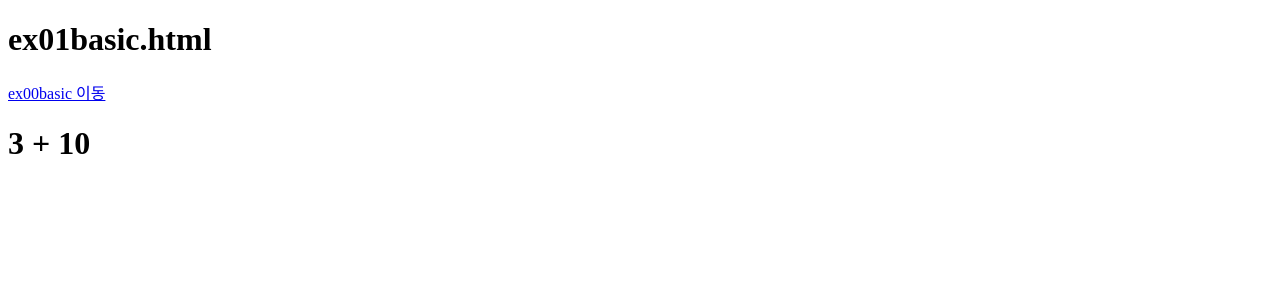
Repository: pyeonm30/PYMjspWorkspace
Page: basicJSP/src/main/webapp/01_basic/ex01basic.html
The author's editor kept a copy of each file at every save. The page is drawn from the files as they stood at one save, then again after the next save.
The browser window is 1280 px wide. The pictures show the whole page.

Above is the page before, as saved 2024-01-29 08:12:31.

### basicJSP/src/main/webapp/01_basic/ex01basic.html
<!DOCTYPE html>
<html>
<head>
<meta charset="UTF-8">
<title>Insert title here</title>
</head>
<body><h1> ex01basic.html</h1>
<a href="./ex00basic.jsp"> ex00basic 이동 </a>
<h1> 3 + 10 </h1>
</body>
</html>

After the next save:
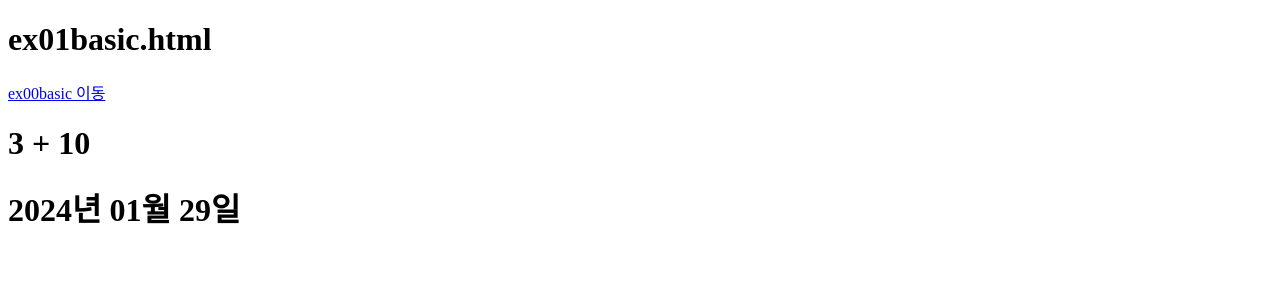
Saved 5 min 12 s later.
--- a/basicJSP/src/main/webapp/01_basic/ex01basic.html
+++ b/basicJSP/src/main/webapp/01_basic/ex01basic.html
@@ -7,5 +7,6 @@
 <body><h1> ex01basic.html</h1>
 <a href="./ex00basic.jsp"> ex00basic 이동 </a>
 <h1> 3 + 10 </h1>
+<h1> 2024년 01월 29일</h1>
 </body>
 </html>
